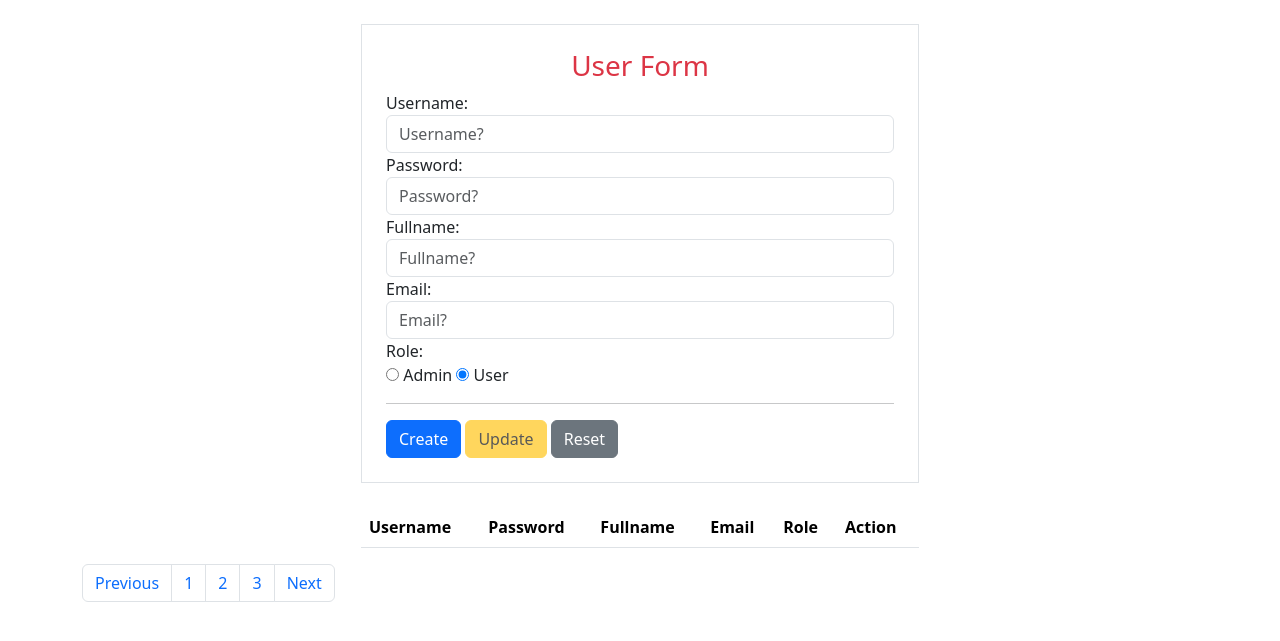
Repository: DanielNine9/java_servlet
Page: http://localhost/lab5/
The author's editor kept a copy of each file at every save. The page is drawn from the files as they stood at one save, then again after the next save.
The browser window is 1280 px wide. The pictures show the whole page.
The page is served by Tomcat 9. Other server files are loaded and not shown. The template is opened directly, without the code that normally fills it, so the values that code supplies are empty.

Above is the page before, as saved 2024-07-22 09:30:54.

### lab5/src/main/webapp/index.jsp
<%@ page language="java" contentType="text/html; charset=UTF-8"
    pageEncoding="UTF-8"%>
<%@ taglib uri="http://java.sun.com/jsp/jstl/core" prefix="c"%>
<!DOCTYPE html>
<html>
<head>
    <meta charset="UTF-8">
    <title>User Management</title>
    <link href="https://cdn.jsdelivr.net/npm/bootstrap@5.3.3/dist/css/bootstrap.min.css"
          rel="stylesheet"
          integrity="sha384-QWTKZyjpPEjISv5WaRU9OFeRpok6YctnYmDr5pNlyT2bRjXh0JMhjY6hW+ALEwIH"
          crossorigin="anonymous">
</head>
<body>

<div class="container">
    <c:url var="url" value="/user" />

    <!-- Delete Confirmation Modal -->
    <div class="modal fade" id="deleteConfirmationModal" tabindex="-1" role="dialog"
         aria-labelledby="deleteConfirmationModalLabel" aria-hidden="true">
        <div class="modal-dialog" role="document">
            <div class="modal-content">
                <div class="modal-header">
                    <h5 class="modal-title" id="deleteConfirmationModalLabel">Confirm Deletion</h5>
                    <button type="button" class="btn-close" data-bs-dismiss="modal" aria-label="Close"></button>
                </div>
                <div class="modal-body">
                    Bạn có chắc muốn xóa user <span id="deleteUserName"></span> này không?
                </div>
                <div class="modal-footer">
                    <button type="button" class="btn btn-secondary" data-bs-dismiss="modal">Cancel</button>
                    <form id="deleteForm" action="${url}/delete" method="post">
                        <input type="hidden" id="deleteUserId" name="id">
                        <button type="submit" class="btn btn-danger">Delete</button>
                    </form>
                </div>
            </div>
        </div>
    </div>

    <!-- User Form -->
    <form class="mx-auto w-50 border my-4 p-4" action="${url}/index" method="post">

        <h3 class="text-danger text-center">User Form</h3>
        <label>Username: </label>
        <input class="form-control" value="${form.id}" name="id" placeholder="Username?">
        <label>Password:</label>
        <input class="form-control" value="${form.password}" name="password" placeholder="Password?" type="password">
        <label>Fullname:</label>
        <input class="form-control" value="${form.fullname}" name="fullname" placeholder="Fullname?">
        <label>Email:</label>
        <input class="form-control" value="${form.email}" name="email" placeholder="Email?">
        <label>Role:</label><br>
        <input ${form.admin ? 'checked' : ''} id="adminRole" name="admin" type="radio" value="true">
        <label for="adminRole">Admin</label>
        <input id="userRole" ${form.admin ? '' : 'checked'} name="admin" type="radio" value="false">
        <label for="userRole">User</label><br>
        <hr>
        <button class="btn btn-primary" formaction="${url}/create" ${edit ? 'disabled' : ''}>Create</button>
        <button class="btn btn-warning" formaction="${url}/update" ${!edit ? 'disabled' : ''}>Update</button>
        <a href="${url}/index" class="btn btn-secondary" name="reset">Reset</a>
    </form>

    <!-- Messages -->
    <div class="mt-3 w-50 mx-auto">
        <c:if test="${not empty message}">
            <div class="alert alert-danger">${message}</div>
        </c:if>
        <c:if test="${not empty success}">
            <div class="alert alert-success">${success}</div>
        </c:if>
    </div>

    <!-- User Table -->
    <table class="table mx-auto w-50 table-striped table-hover">
        <thead>
        <tr>
            <th scope="col">Username</th>
            <th scope="col">Password</th>
            <th scope="col">Fullname</th>
            <th scope="col">Email</th>
            <th scope="col">Role</th>
            <th scope="col">Action</th>
        </tr>
        </thead>
        <tbody>
        <c:forEach var="item" items="${items}">
            <tr>
                <td>${item.id}</td>
                <td>${item.password}</td>
                <td>${item.fullname}</td>
                <td>${item.email}</td>
                <td>${item.admin ? 'Admin' : 'User'}</td>
                <td>
                    <a class="btn btn-warning" href="${url}/edit/${item.id}">Edit</a>
                    <a class="btn btn-danger" href="#" data-bs-toggle="modal" data-bs-target="#deleteConfirmationModal"
                       onclick="prepareDelete('${item.id}', '${item.id}')">Delete</a>
                </td>
            </tr>
        </c:forEach>
        </tbody>
    </table>
    <nav aria-label="Page navigation example">
  <ul class="pagination">
    <li class="page-item"><a class="page-link" href="#">Previous</a></li>
    <li class="page-item"><a class="page-link" href="#">1</a></li>
    <li class="page-item"><a class="page-link" href="#">2</a></li>
    <li class="page-item"><a class="page-link" href="#">3</a></li>
    <li class="page-item"><a class="page-link" href="#">Next</a></li>
  </ul>
</nav>
</div>

<script src="https://cdn.jsdelivr.net/npm/bootstrap@5.3.3/dist/js/bootstrap.bundle.min.js"
        integrity="sha384-YvpcrYf0tY3lHB60NNkmXc5s9fDVZLESaAA55NDzOxhy9GkcIdslK1eN7N6jIeHz"
        crossorigin="anonymous"></script>

<script>
    function prepareDelete(userId, userName) {
        document.getElementById("deleteUserId").value = userId;
        document.getElementById("deleteUserName").innerText = userName;
    }
</script>

</body>
</html>

After the next save:
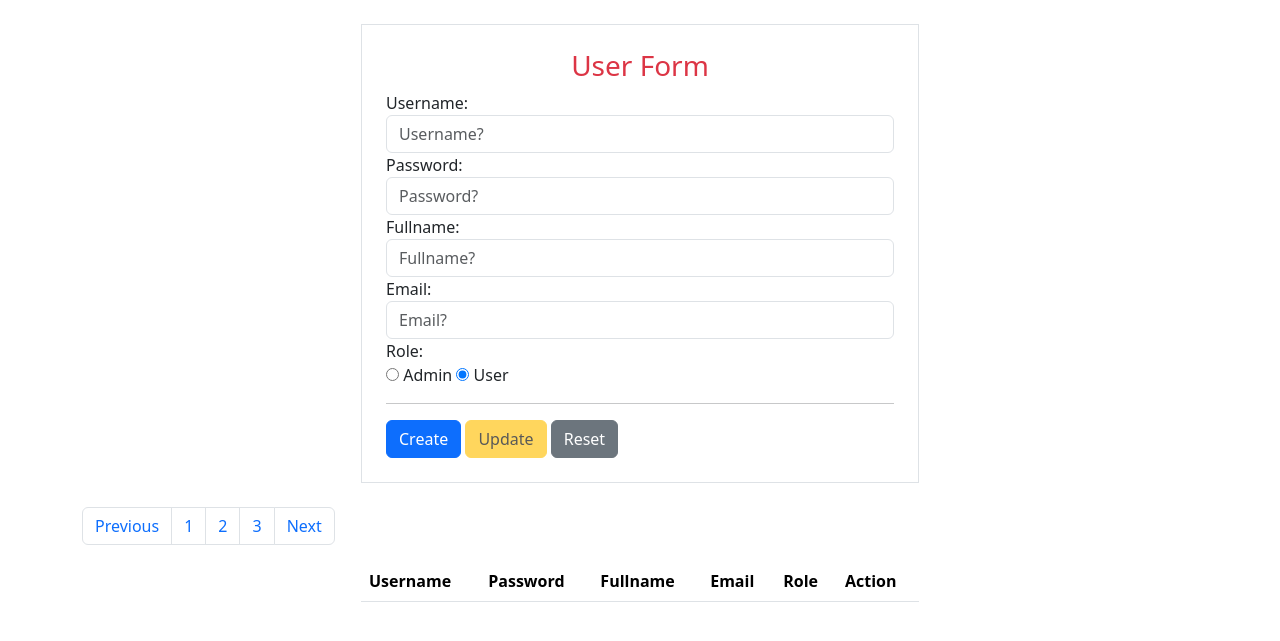
Saved 33 s later.
--- a/lab5/src/main/webapp/index.jsp
+++ b/lab5/src/main/webapp/index.jsp
@@ -100,8 +100,7 @@
             </tr>
         </c:forEach>
         </tbody>
-    </table>
-    <nav aria-label="Page navigation example">
+        <nav aria-label="Page navigation example">
   <ul class="pagination">
     <li class="page-item"><a class="page-link" href="#">Previous</a></li>
     <li class="page-item"><a class="page-link" href="#">1</a></li>
@@ -110,6 +109,8 @@
     <li class="page-item"><a class="page-link" href="#">Next</a></li>
   </ul>
 </nav>
+    </table>
+
 </div>
 
 <script src="https://cdn.jsdelivr.net/npm/bootstrap@5.3.3/dist/js/bootstrap.bundle.min.js"

After the save that followed:
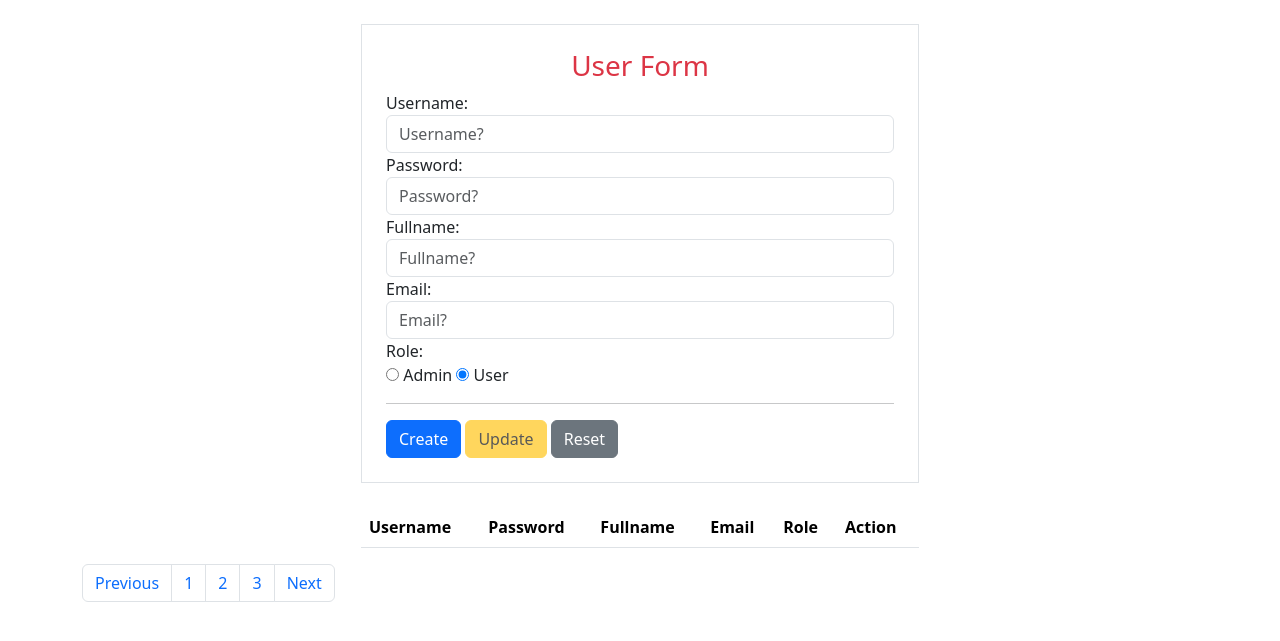
Saved 12 s later.
--- a/lab5/src/main/webapp/index.jsp
+++ b/lab5/src/main/webapp/index.jsp
@@ -100,7 +100,9 @@
             </tr>
         </c:forEach>
         </tbody>
-        <nav aria-label="Page navigation example">
+    </table>
+
+    <nav aria-label="Page navigation example w-50 mx-auto">
   <ul class="pagination">
     <li class="page-item"><a class="page-link" href="#">Previous</a></li>
     <li class="page-item"><a class="page-link" href="#">1</a></li>
@@ -109,7 +111,6 @@
     <li class="page-item"><a class="page-link" href="#">Next</a></li>
   </ul>
 </nav>
-    </table>
 
 </div>
 
